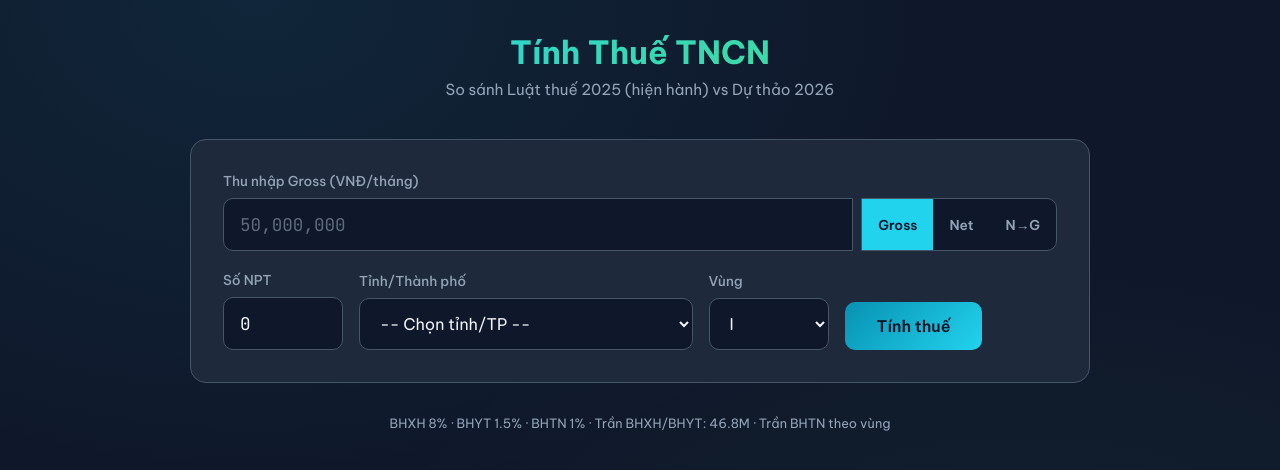
Repository: ph4n4n/vietnam-PIT
Page: index.html
The author's editor kept a copy of each file at every save. The page is drawn from the files as they stood at one save, then again after the next save.
The browser window is 1280 px wide. The pictures show the whole page.

Above is the page before, as saved 2025-12-10 12:10:56.

### index.html
<!DOCTYPE html>
<html lang="vi">
<head>
  <meta charset="UTF-8">
  <meta name="viewport" content="width=device-width, initial-scale=1.0">
  <title>Tính Thuế TNCN 2025 vs 2026</title>
  <link href="https://fonts.googleapis.com/css2?family=JetBrains+Mono:wght@400;600&family=Be+Vietnam+Pro:wght@400;500;600;700&display=swap" rel="stylesheet">
  <link rel="stylesheet" href="style.css">
</head>
<body>
  <div class="container">
    <header>
      <h1>Tính Thuế TNCN</h1>
      <p class="subtitle">So sánh Luật thuế 2025 (hiện hành) vs Dự thảo 2026</p>
    </header>

    <section class="input-section">
      <div class="input-stack">
        <div class="form-group">
          <label id="incomeLabel">Thu nhập Gross (VNĐ/tháng)</label>
          <div class="input-with-toggle">
            <input type="text" id="incomeInput" placeholder="50,000,000" inputmode="numeric">
            <div class="toggle-group">
              <button type="button" class="toggle-btn active" data-type="gross">Gross</button>
              <button type="button" class="toggle-btn" data-type="net">Net</button>
              <button type="button" class="toggle-btn" data-type="net-as-gross" title="Lấy Net làm Gross tính thuế">N→G</button>
            </div>
          </div>
        </div>
        <div class="form-row">
          <div class="form-group form-group-sm">
            <label for="dependents">Số NPT</label>
            <input type="number" id="dependents" value="0" min="0" max="20">
          </div>
          <div class="form-group">
            <label for="province">Tỉnh/Thành phố</label>
            <select id="province">
              <option value="">-- Chọn tỉnh/TP --</option>
            </select>
          </div>
          <div class="form-group form-group-sm">
            <label for="region">Vùng</label>
            <select id="region">
              <option value="1">I</option>
              <option value="2">II</option>
              <option value="3">III</option>
              <option value="4">IV</option>
            </select>
          </div>
          <button class="btn" onclick="calculate()">Tính thuế</button>
        </div>
      </div>
    </section>

    <section class="result-section" id="resultSection">
      <div class="result-card">
        <div class="result-header">
          <h2>📊 Kết quả tính thuế</h2>
        </div>
        <table>
          <thead>
            <tr>
              <th>Mục</th>
              <th>2025 (Hiện hành)</th>
              <th>2026 (Dự thảo)</th>
            </tr>
          </thead>
          <tbody id="resultBody">
          </tbody>
        </table>
      </div>
    </section>

    <section class="result-section" id="refundSection">
      <div class="result-card refund-card">
        <div class="result-header">
          <h2>🧾 Đóng Full → Hoàn thuế cuối năm</h2>
          <p class="header-note">Giả định: Không khai giảm trừ gia cảnh hàng tháng, quyết toán hoàn thuế cuối năm</p>
        </div>
        <table>
          <thead>
            <tr>
              <th>Mục</th>
              <th>2025 (Hiện hành)</th>
              <th>2026 (Dự thảo)</th>
            </tr>
          </thead>
          <tbody id="refundBody">
          </tbody>
        </table>
      </div>
    </section>

    <footer>
      <p>BHXH 8% · BHYT 1.5% · BHTN 1% · Trần BHXH/BHYT: 46.8M · Trần BHTN theo vùng</p>
    </footer>
  </div>

  <script src="app.js"></script>
</body>
</html>

### style.css
:root {
  --bg-primary: #0f172a;
  --bg-secondary: #1e293b;
  --bg-card: #334155;
  --accent: #22d3ee;
  --accent-dim: #0891b2;
  --success: #4ade80;
  --text-primary: #f1f5f9;
  --text-secondary: #94a3b8;
  --border: #475569;
}

* {
  margin: 0;
  padding: 0;
  box-sizing: border-box;
}

body {
  font-family: 'Be Vietnam Pro', sans-serif;
  background: var(--bg-primary);
  background-image:
    radial-gradient(ellipse at 20% 0%, rgba(34, 211, 238, 0.08) 0%, transparent 50%),
    radial-gradient(ellipse at 80% 100%, rgba(74, 222, 128, 0.06) 0%, transparent 50%);
  min-height: 100vh;
  color: var(--text-primary);
  padding: 2rem 1rem;
}

.container {
  max-width: 900px;
  margin: 0 auto;
}

header {
  text-align: center;
  margin-bottom: 2.5rem;
}

h1 {
  font-size: 2rem;
  font-weight: 700;
  background: linear-gradient(135deg, var(--accent), var(--success));
  -webkit-background-clip: text;
  -webkit-text-fill-color: transparent;
  background-clip: text;
  margin-bottom: 0.5rem;
}

.subtitle {
  color: var(--text-secondary);
  font-size: 0.95rem;
}

.input-section {
  background: var(--bg-secondary);
  border: 1px solid var(--border);
  border-radius: 16px;
  padding: 2rem;
  margin-bottom: 2rem;
}

.input-stack {
  display: flex;
  flex-direction: column;
  gap: 1.25rem;
}

.form-row {
  display: flex;
  gap: 1rem;
  align-items: end;
}

.form-row .form-group {
  width: 40%;
}

.form-row .form-group-sm {
  width: auto;
  min-width: 120px;
}

.form-group select {
  width: 100%;
  padding: 0.875rem 1rem;
  font-size: 1rem;
  font-family: inherit;
  background: var(--bg-primary);
  border: 1px solid var(--border);
  border-radius: 10px;
  color: var(--text-primary);
  cursor: pointer;
  transition: border-color 0.2s, box-shadow 0.2s;
}

.form-group select:focus {
  outline: none;
  border-color: var(--accent);
  box-shadow: 0 0 0 3px rgba(34, 211, 238, 0.15);
}

.form-group select option {
  background: var(--bg-secondary);
  color: var(--text-primary);
}

@media (max-width: 640px) {
  .form-row {
    flex-direction: column;
  }
}

.form-group label {
  display: block;
  font-size: 0.85rem;
  color: var(--text-secondary);
  margin-bottom: 0.5rem;
  font-weight: 500;
}

.form-group input {
  width: 100%;
  padding: 0.875rem 1rem;
  font-size: 1.1rem;
  font-family: 'JetBrains Mono', monospace;
  background: var(--bg-primary);
  border: 1px solid var(--border);
  border-radius: 10px;
  color: var(--text-primary);
  transition: border-color 0.2s, box-shadow 0.2s;
}

.form-group input:focus {
  outline: none;
  border-color: var(--accent);
  box-shadow: 0 0 0 3px rgba(34, 211, 238, 0.15);
}

.form-group input::placeholder {
  color: var(--text-secondary);
  opacity: 0.6;
}

.input-with-toggle {
  display: flex;
  gap: 0.5rem;
}

.input-with-toggle input {
  flex: 1;
  border-radius: 10px 0 0 10px;
}

.toggle-group {
  display: flex;
  background: var(--bg-primary);
  border: 1px solid var(--border);
  border-radius: 0 10px 10px 0;
  overflow: hidden;
}

.toggle-btn {
  padding: 0.875rem 1rem;
  font-size: 0.85rem;
  font-weight: 600;
  font-family: inherit;
  background: transparent;
  color: var(--text-secondary);
  border: none;
  cursor: pointer;
  transition: all 0.2s;
}

.toggle-btn:hover {
  color: var(--text-primary);
  background: var(--bg-card);
}

.toggle-btn.active {
  background: var(--accent);
  color: var(--bg-primary);
}

@media (max-width: 640px) {
  .input-with-toggle {
    flex-direction: column;
  }
  .input-with-toggle input {
    border-radius: 10px;
  }
  .toggle-group {
    border-radius: 10px;
  }
}

.btn {
  padding: 0.875rem 2rem;
  font-size: 1rem;
  font-weight: 600;
  font-family: inherit;
  background: linear-gradient(135deg, var(--accent-dim), var(--accent));
  color: var(--bg-primary);
  border: none;
  border-radius: 10px;
  cursor: pointer;
  transition: transform 0.15s, box-shadow 0.15s;
}

.btn:hover {
  transform: translateY(-2px);
  box-shadow: 0 8px 24px rgba(34, 211, 238, 0.25);
}

.btn:active {
  transform: translateY(0);
}

.result-section {
  display: none;
  animation: fadeIn 0.4s ease;
  margin-bottom: 1.5rem;
}

.result-section.show {
  display: block;
}

@keyframes fadeIn {
  from { opacity: 0; transform: translateY(10px); }
  to { opacity: 1; transform: translateY(0); }
}

.result-card {
  background: var(--bg-secondary);
  border: 1px solid var(--border);
  border-radius: 16px;
  overflow: hidden;
}

.result-header {
  background: var(--bg-card);
  padding: 1.25rem 1.5rem;
  border-bottom: 1px solid var(--border);
}

.result-header h2 {
  font-size: 1.1rem;
  font-weight: 600;
}

.header-note {
  color: var(--text-secondary);
  font-size: 0.8rem;
  margin-top: 0.4rem;
}

table {
  width: 100%;
  border-collapse: collapse;
  font-size: 0.95rem;
}

th, td {
  padding: 1rem 1.5rem;
  text-align: left;
  border-bottom: 1px solid var(--border);
}

th {
  background: var(--bg-card);
  color: var(--text-secondary);
  font-weight: 500;
  font-size: 0.8rem;
  text-transform: uppercase;
  letter-spacing: 0.5px;
}

td {
  font-family: 'JetBrains Mono', monospace;
}

tr:last-child td {
  border-bottom: none;
}

tr:hover td {
  background: rgba(34, 211, 238, 0.03);
}

.col-label {
  font-family: 'Be Vietnam Pro', sans-serif;
  color: var(--text-secondary);
}

.col-old {
  color: var(--text-primary);
}

.col-new {
  color: var(--accent);
}

.highlight-row td {
  background: rgba(74, 222, 128, 0.08);
  border-top: 1px solid rgba(74, 222, 128, 0.3);
  border-bottom: 1px solid rgba(74, 222, 128, 0.3);
}

.highlight-row .col-label {
  color: var(--success);
  font-weight: 600;
}

.highlight-row .saved-value {
  color: var(--success);
  font-weight: 600;
  font-size: 1.1rem;
}

.info-row td {
  background: rgba(34, 211, 238, 0.05);
  font-family: 'Be Vietnam Pro', sans-serif;
  color: var(--text-secondary);
  font-size: 0.85rem;
}

.diff-row td {
  background: rgba(251, 191, 36, 0.08);
}

.diff-row .col-old {
  color: #fbbf24;
}

.diff-row .col-new {
  color: var(--success);
}

footer {
  text-align: center;
  margin-top: 2rem;
  color: var(--text-secondary);
  font-size: 0.8rem;
}

footer a {
  color: var(--accent);
  text-decoration: none;
}

### app.js
// Province/City to default region mapping (based on 01/07/2024 regulations)
const PROVINCES = {
  // Vùng I - Major cities
  'TP. Hồ Chí Minh': 1,
  'Hà Nội': 1,
  'Hải Phòng': 1,
  'Quảng Ninh': 1,
  'Đồng Nai': 1,
  'Bình Dương': 1,
  'Long An': 1,
  'Tây Ninh': 1,

  // Vùng II
  'Đà Nẵng': 2,
  'Cần Thơ': 2,
  'Bắc Ninh': 2,
  'Hưng Yên': 2,
  'Vĩnh Phúc': 2,
  'Thái Nguyên': 2,
  'Khánh Hòa': 2,
  'Lâm Đồng': 2,
  'Ninh Bình': 2,
  'Thanh Hóa': 2,
  'Nghệ An': 2,
  'Bà Rịa - Vũng Tàu': 2,
  'Bến Tre': 2,
  'Tiền Giang': 2,
  'Vĩnh Long': 2,
  'Đồng Tháp': 2,
  'An Giang': 2,
  'Kiên Giang': 2,
  'Cà Mau': 2,
  'Bạc Liêu': 2,
  'Sóc Trăng': 2,
  'Trà Vinh': 2,
  'Phú Thọ': 2,

  // Vùng III
  'Lào Cai': 3,
  'Lạng Sơn': 3,
  'Tuyên Quang': 3,
  'Thái Bình': 3,
  'Nam Định': 3,
  'Hà Nam': 3,
  'Hà Tĩnh': 3,
  'Quảng Bình': 3,
  'Quảng Trị': 3,
  'Thừa Thiên Huế': 3,
  'Quảng Nam': 3,
  'Quảng Ngãi': 3,
  'Bình Định': 3,
  'Phú Yên': 3,
  'Ninh Thuận': 3,
  'Bình Thuận': 3,
  'Kon Tum': 3,
  'Gia Lai': 3,
  'Đắk Lắk': 3,
  'Đắk Nông': 3,
  'Bình Phước': 3,
  'Tây Ninh (vùng xa)': 3,
  'Hậu Giang': 3,

  // Vùng IV
  'Cao Bằng': 4,
  'Bắc Kạn': 4,
  'Hà Giang': 4,
  'Yên Bái': 4,
  'Lai Châu': 4,
  'Điện Biên': 4,
  'Sơn La': 4,
  'Hòa Bình': 4,
  'Lạng Sơn (vùng xa)': 4,
};

const TAX_CONFIG = {
  // Employee insurance rates
  bhxh: { rate: 0.08, cap: 46_800_000 },  // BHXH 8%, cap 20 × 2.34M (từ 7/2024)
  bhyt: { rate: 0.015, cap: 46_800_000 }, // BHYT 1.5%, cap 20 × 2.34M
  bhtn: { rate: 0.01 },                    // BHTN 1%, cap depends on region

  // BHTN caps by region (20 × minimum wage)
  bhtnCaps: {
    1: 99_200_000,  // Vùng I: 20 × 4,960,000
    2: 88_200_000,  // Vùng II: 20 × 4,410,000
    3: 77_200_000,  // Vùng III: 20 × 3,860,000
    4: 69_000_000,  // Vùng IV: 20 × 3,450,000
  },

  // Employer insurance rates
  bhxhCompany: { rate: 0.175, cap: 46_800_000 },
  bhytCompany: { rate: 0.03, cap: 46_800_000 },
  bhtnCompany: { rate: 0.01 },  // cap depends on region

  personalDeduction: { old: 11_000_000, new: 15_500_000 },
  dependentDeduction: { old: 4_400_000, new: 6_200_000 },
  bracketsOld: [
    [5_000_000, 0.05],
    [10_000_000, 0.10],
    [18_000_000, 0.15],
    [32_000_000, 0.20],
    [52_000_000, 0.25],
    [80_000_000, 0.30],
    [Infinity, 0.35],
  ],
  bracketsNew: [
    [10_000_000, 0.05],
    [30_000_000, 0.15],
    [60_000_000, 0.25],
    [100_000_000, 0.30],
    [Infinity, 0.35],
  ],
};

let incomeType = 'gross';

function calculateProgressiveTax(taxableIncome, brackets) {
  if (taxableIncome <= 0) return 0;
  let tax = 0, prev = 0;
  for (const [threshold, rate] of brackets) {
    const taxable = Math.min(taxableIncome, threshold) - prev;
    if (taxable <= 0) break;
    tax += taxable * rate;
    prev = threshold;
  }
  return tax;
}

function calcInsurance(income, rate, cap) {
  return Math.min(income, cap) * rate;
}

function getRegion() {
  const el = document.getElementById('region');
  return el ? parseInt(el.value, 10) : 1;
}

function getBhtnCap() {
  return TAX_CONFIG.bhtnCaps[getRegion()];
}

function calculatePIT(grossIncome, dependents) {
  const cfg = TAX_CONFIG;
  const bhtnCap = getBhtnCap();

  // Employee insurance (detailed)
  const bhxh = calcInsurance(grossIncome, cfg.bhxh.rate, cfg.bhxh.cap);
  const bhyt = calcInsurance(grossIncome, cfg.bhyt.rate, cfg.bhyt.cap);
  const bhtn = calcInsurance(grossIncome, cfg.bhtn.rate, bhtnCap);
  const insurance = bhxh + bhyt + bhtn;

  const incomeAfterInsurance = grossIncome - insurance;

  const deductionOld = cfg.personalDeduction.old + cfg.dependentDeduction.old * dependents;
  const deductionNew = cfg.personalDeduction.new + cfg.dependentDeduction.new * dependents;

  const taxableOld = Math.max(0, incomeAfterInsurance - deductionOld);
  const taxableNew = Math.max(0, incomeAfterInsurance - deductionNew);

  const taxOld = calculateProgressiveTax(taxableOld, cfg.bracketsOld);
  const taxNew = calculateProgressiveTax(taxableNew, cfg.bracketsNew);

  // Tax when paying full (no family deduction, only insurance)
  const taxNoDeductOld = calculateProgressiveTax(incomeAfterInsurance, cfg.bracketsOld);
  const taxNoDeductNew = calculateProgressiveTax(incomeAfterInsurance, cfg.bracketsNew);

  return {
    grossIncome,
    dependents,
    bhxh,
    bhyt,
    bhtn,
    insurance,
    incomeAfterInsurance,
    deductionOld,
    deductionNew,
    taxableOld,
    taxableNew,
    taxOld,
    taxNew,
    taxNoDeductOld,
    taxNoDeductNew,
    taxSaved: taxOld - taxNew,
    netOld: grossIncome - insurance - taxOld,
    netNew: grossIncome - insurance - taxNew,
  };
}

// Binary search: find Gross from Net (using OLD tax as reference)
function netToGross(targetNet, dependents) {
  let low = targetNet;
  let high = targetNet * 2;
  const tolerance = 1000;

  for (let i = 0; i < 50; i++) {
    const mid = Math.floor((low + high) / 2);
    const result = calculatePIT(mid, dependents);
    const netOld = result.netOld;

    if (Math.abs(netOld - targetNet) < tolerance) {
      return mid;
    }

    if (netOld < targetNet) {
      low = mid;
    } else {
      high = mid;
    }
  }

  return Math.floor((low + high) / 2);
}

function formatMoney(n) {
  return n.toLocaleString('vi-VN') + ' ₫';
}

// Calculate company insurance
function calcCompanyInsurance(income) {
  const cfg = TAX_CONFIG;
  const bhtnCap = getBhtnCap();
  return calcInsurance(income, cfg.bhxhCompany.rate, cfg.bhxhCompany.cap)
       + calcInsurance(income, cfg.bhytCompany.rate, cfg.bhytCompany.cap)
       + calcInsurance(income, cfg.bhtnCompany.rate, bhtnCap);
}

// N→G mode: Net thực nhận = input, thuế tính trên input (thay vì Gross thực)
function renderNetAsGross(netAmount, dependents) {
  // Cách tính sai: lấy Net làm Gross
  const wrong = calculatePIT(netAmount, dependents);

  // Cách tính đúng: tìm Gross thực từ Net
  const realGross = netToGross(netAmount, dependents);
  const correct = calculatePIT(realGross, dependents);

  // Chi phí công ty (Gross + BH công ty)
  const wrongCompanyBH = calcCompanyInsurance(netAmount);
  const wrongCompanyCost = netAmount + wrongCompanyBH + wrong.taxOld;

  const correctCompanyBH = calcCompanyInsurance(realGross);
  const correctCompanyCost = realGross + correctCompanyBH;

  const companySaved = correctCompanyCost - wrongCompanyCost;

  const rows = [
    { label: 'Net thực nhận', wrong: formatMoney(netAmount), correct: formatMoney(netAmount) },
    { label: 'Gross để tính thuế', wrong: formatMoney(netAmount), correct: formatMoney(realGross), highlight: true },
    { label: 'Thuế TNCN (CT trả)', wrong: formatMoney(wrong.taxOld), correct: formatMoney(correct.taxOld), highlight: true },
    { label: 'BH công ty đóng (21.5%)', wrong: formatMoney(wrongCompanyBH), correct: formatMoney(correctCompanyBH), info: true },
    { label: 'Tổng CT chi/tháng', wrong: formatMoney(wrongCompanyCost), correct: formatMoney(correctCompanyCost) },
  ];

  let html = rows.map(row => `
    <tr class="${row.info ? 'info-row' : ''} ${row.highlight ? 'diff-row' : ''}">
      <td class="col-label">${row.label}</td>
      <td class="col-old">${row.wrong}</td>
      <td class="col-new">${row.correct}</td>
    </tr>
  `).join('');

  html += `
    <tr class="highlight-row">
      <td class="col-label">💸 CT TIẾT KIỆM (sai cách)/THÁNG</td>
      <td colspan="2" class="saved-value" style="text-align: center;">
        ${formatMoney(companySaved)}
      </td>
    </tr>
    <tr class="highlight-row">
      <td class="col-label">📅 CT TIẾT KIỆM (sai cách)/NĂM</td>
      <td colspan="2" class="saved-value" style="text-align: center;">
        ${formatMoney(companySaved * 12)}
      </td>
    </tr>
  `;

  document.getElementById('resultBody').innerHTML = html;

  // Update header for this mode
  document.querySelector('#resultSection .result-header h2').textContent = '📊 So sánh: N→G vs Tính đúng';
  document.querySelector('#resultSection thead').innerHTML = `
    <tr>
      <th>Mục</th>
      <th>N→G (sai cách)</th>
      <th>Tính đúng (Net)</th>
    </tr>
  `;

  document.getElementById('resultSection').classList.add('show');
  document.getElementById('refundSection').classList.remove('show');
}

function parseMoneyInput(str) {
  return parseInt(str.replace(/[^\d]/g, ''), 10) || 0;
}

function calculate() {
  const inputValue = parseMoneyInput(document.getElementById('incomeInput').value);
  const dependents = parseInt(document.getElementById('dependents').value, 10) || 0;

  if (inputValue <= 0) {
    alert('Vui lòng nhập thu nhập hợp lệ');
    return;
  }

  // Handle N→G mode separately
  if (incomeType === 'net-as-gross') {
    renderNetAsGross(inputValue, dependents);
    return;
  }

  // Convert based on income type
  let grossIncome;
  if (incomeType === 'net') {
    grossIncome = netToGross(inputValue, dependents);
  } else {
    grossIncome = inputValue;
  }

  const r = calculatePIT(grossIncome, dependents);

  // Reset header for normal modes
  document.querySelector('#resultSection .result-header h2').textContent = '📊 Kết quả tính thuế';
  document.querySelector('#resultSection thead').innerHTML = `
    <tr>
      <th>Mục</th>
      <th>2025 (Hiện hành)</th>
      <th>2026 (Dự thảo)</th>
    </tr>
  `;

  const rows = [
    { label: 'Thu nhập Gross', old: formatMoney(r.grossIncome), new: formatMoney(r.grossIncome) },
    { label: '└ BHXH (8%)', old: formatMoney(r.bhxh), new: formatMoney(r.bhxh), info: true },
    { label: '└ BHYT (1.5%)', old: formatMoney(r.bhyt), new: formatMoney(r.bhyt), info: true },
    { label: '└ BHTN (1%)', old: formatMoney(r.bhtn), new: formatMoney(r.bhtn), info: true },
    { label: 'Tổng BH bắt buộc (10.5%)', old: formatMoney(r.insurance), new: formatMoney(r.insurance) },
    { label: 'Thu nhập chịu thuế', old: formatMoney(r.incomeAfterInsurance), new: formatMoney(r.incomeAfterInsurance) },
    { label: '└ Giảm trừ bản thân', old: formatMoney(TAX_CONFIG.personalDeduction.old), new: formatMoney(TAX_CONFIG.personalDeduction.new), info: true },
    { label: `└ Giảm trừ NPT (×${dependents})`, old: formatMoney(TAX_CONFIG.dependentDeduction.old * dependents), new: formatMoney(TAX_CONFIG.dependentDeduction.new * dependents), info: true },
    { label: 'Tổng giảm trừ', old: formatMoney(r.deductionOld), new: formatMoney(r.deductionNew) },
    { label: 'Thu nhập tính thuế', old: formatMoney(r.taxableOld), new: formatMoney(r.taxableNew) },
    { label: 'Thuế TNCN phải nộp', old: formatMoney(r.taxOld), new: formatMoney(r.taxNew) },
    { label: 'Thu nhập NET', old: formatMoney(r.netOld), new: formatMoney(r.netNew) },
  ];

  let html = rows.map(row => `
    <tr class="${row.info ? 'info-row' : ''}">
      <td class="col-label">${row.label}</td>
      <td class="col-old">${row.old}</td>
      <td class="col-new">${row.new}</td>
    </tr>
  `).join('');

  html += `
    <tr class="highlight-row">
      <td class="col-label">💰 TIỀN THUẾ GIẢM/THÁNG</td>
      <td colspan="2" class="saved-value" style="text-align: center;">
        ${r.taxSaved >= 0 ? '+' : ''}${formatMoney(r.taxSaved)}
      </td>
    </tr>
    <tr class="highlight-row">
      <td class="col-label">📅 TIỀN THUẾ GIẢM/NĂM</td>
      <td colspan="2" class="saved-value" style="text-align: center;">
        ${r.taxSaved >= 0 ? '+' : ''}${formatMoney(r.taxSaved * 12)}
      </td>
    </tr>
  `;

  document.getElementById('resultBody').innerHTML = html;

  // Refund section
  const refundOld = r.taxNoDeductOld * 12 - r.taxOld * 12;
  const refundNew = r.taxNoDeductNew * 12 - r.taxNew * 12;

  document.getElementById('refundBody').innerHTML = `
    <tr>
      <td class="col-label">Thuế đóng/tháng (không giảm trừ)</td>
      <td class="col-old">${formatMoney(r.taxNoDeductOld)}</td>
      <td class="col-new">${formatMoney(r.taxNoDeductNew)}</td>
    </tr>
    <tr>
      <td class="col-label">Thuế đóng cả năm (không giảm trừ)</td>
      <td class="col-old">${formatMoney(r.taxNoDeductOld * 12)}</td>
      <td class="col-new">${formatMoney(r.taxNoDeductNew * 12)}</td>
    </tr>
    <tr>
      <td class="col-label">Thuế thực tế cả năm (có giảm trừ)</td>
      <td class="col-old">${formatMoney(r.taxOld * 12)}</td>
      <td class="col-new">${formatMoney(r.taxNew * 12)}</td>
    </tr>
    <tr class="highlight-row refund-row">
      <td class="col-label">🔄 TIỀN HOÀN THUẾ CUỐI NĂM</td>
      <td class="saved-value">${formatMoney(refundOld)}</td>
      <td class="saved-value">${formatMoney(refundNew)}</td>
    </tr>
  `;
  document.getElementById('refundSection').classList.add('show');
  document.getElementById('resultSection').classList.add('show');
}

// Toggle Gross/Net/Net-as-Gross
document.querySelectorAll('.toggle-btn').forEach(btn => {
  btn.addEventListener('click', function() {
    document.querySelectorAll('.toggle-btn').forEach(b => b.classList.remove('active'));
    this.classList.add('active');
    incomeType = this.dataset.type;

    const label = document.getElementById('incomeLabel');
    const labels = {
      'gross': 'Thu nhập Gross (VNĐ/tháng)',
      'net': 'Thu nhập Net (VNĐ/tháng)',
      'net-as-gross': 'Net làm Gross (VNĐ/tháng)',
    };
    label.textContent = labels[incomeType];
  });
});

// Format input on type
document.getElementById('incomeInput').addEventListener('input', function() {
  const raw = this.value.replace(/[^\d]/g, '');
  if (raw) {
    this.value = parseInt(raw, 10).toLocaleString('vi-VN');
  }
});

// Enter to calculate
document.querySelectorAll('input').forEach(input => {
  input.addEventListener('keypress', e => {
    if (e.key === 'Enter') calculate();
  });
});

// Populate province dropdown
const provinceSelect = document.getElementById('province');
Object.keys(PROVINCES).sort().forEach(name => {
  const opt = document.createElement('option');
  opt.value = name;
  opt.textContent = `${name} (Vùng ${PROVINCES[name]})`;
  provinceSelect.appendChild(opt);
});

// Auto-set region when province changes
provinceSelect.addEventListener('change', function() {
  if (this.value && PROVINCES[this.value]) {
    document.getElementById('region').value = PROVINCES[this.value];
  }
});

After the next save:
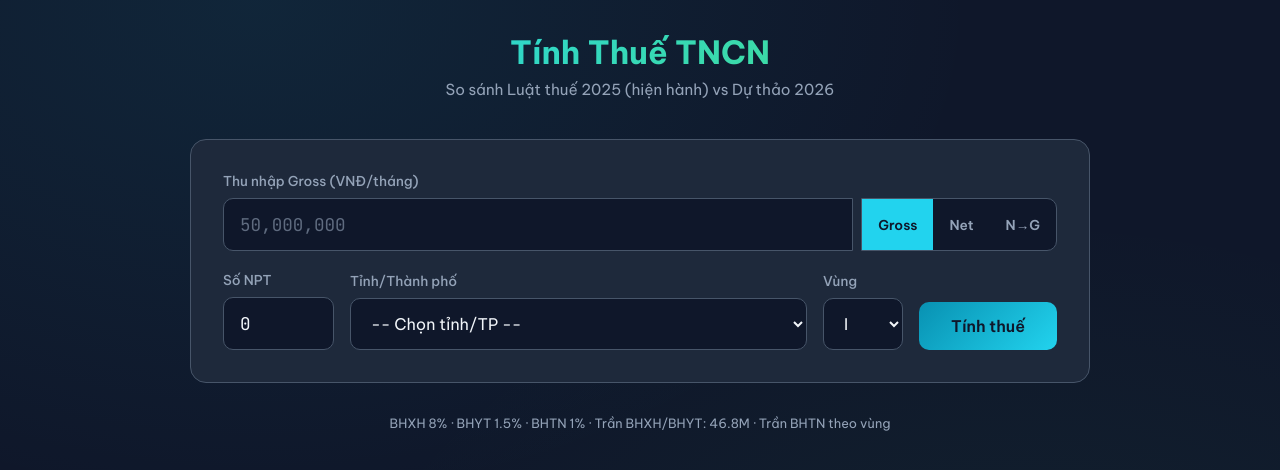
Saved 7 s later.
--- a/style.css
+++ b/style.css
@@ -73,12 +73,13 @@ h1 {
 }
 
 .form-row .form-group {
-  width: 40%;
+  flex: 1;
 }
 
 .form-row .form-group-sm {
   width: auto;
-  min-width: 120px;
+  min-width: 80px;
+  flex: 0 0 auto;
 }
 
 .form-group select {
